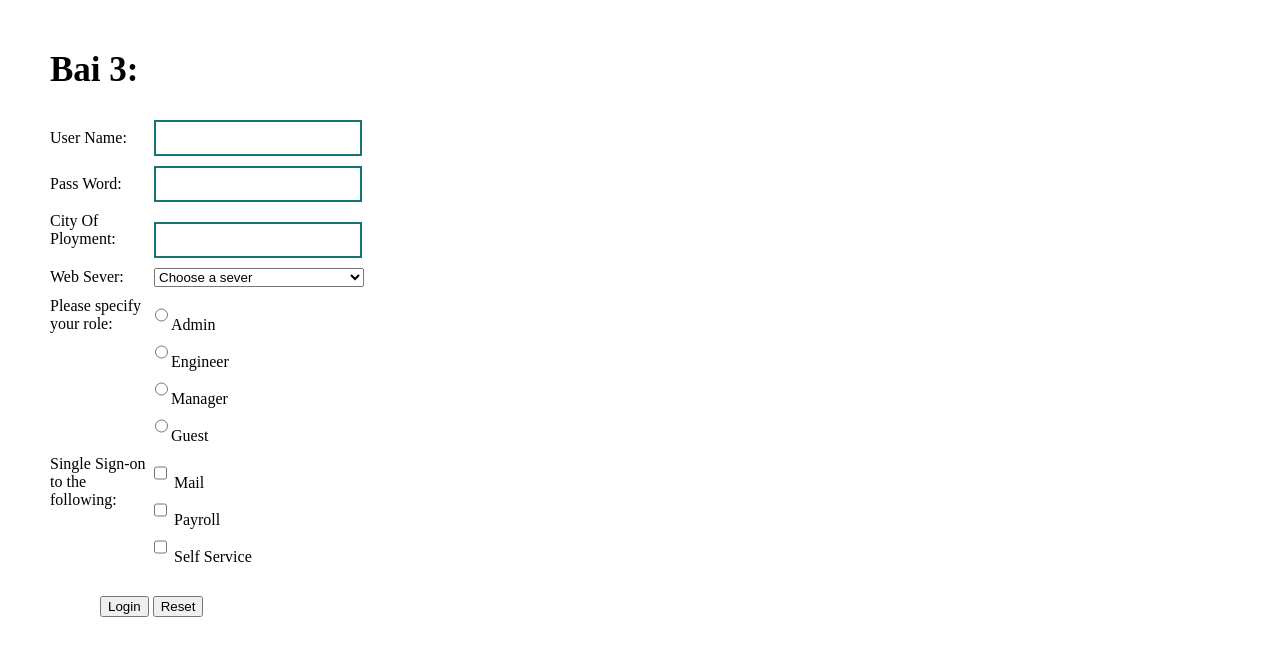
Repository: truongtn04/f8-fullstack-k5
Page: day03/ex03.html
The author's editor kept a copy of each file at every save. The page is drawn from the files as they stood at one save, then again after the next save.
The browser window is 1280 px wide. The pictures show the whole page.

Above is the page before, as saved 2023-11-27 12:22:45.

After the next save:
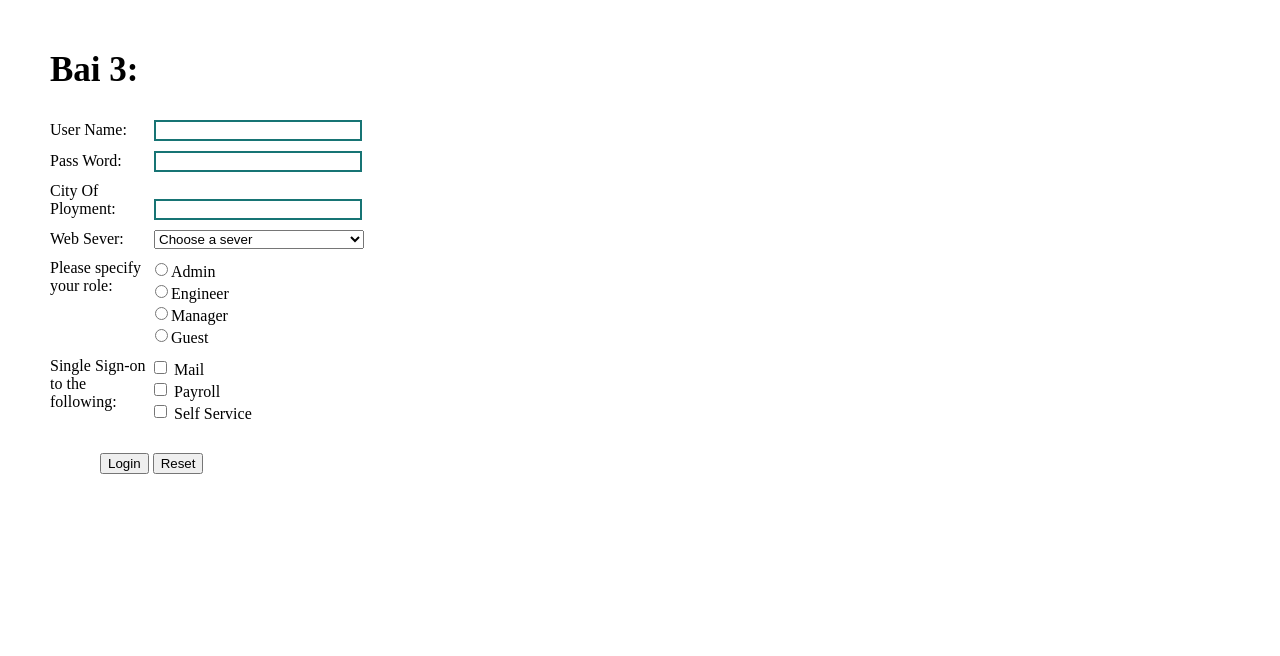
Saved 5 s later.
--- a/day03/css/ex03.css
+++ b/day03/css/ex03.css
@@ -13,7 +13,7 @@ b{
 .form-item input{
     width: 200px;
     border: 2px solid rgb(23, 116, 116);
-    height: 30px;
+    height: 15px;
 }
 .form-item label{
     width: 100px;
